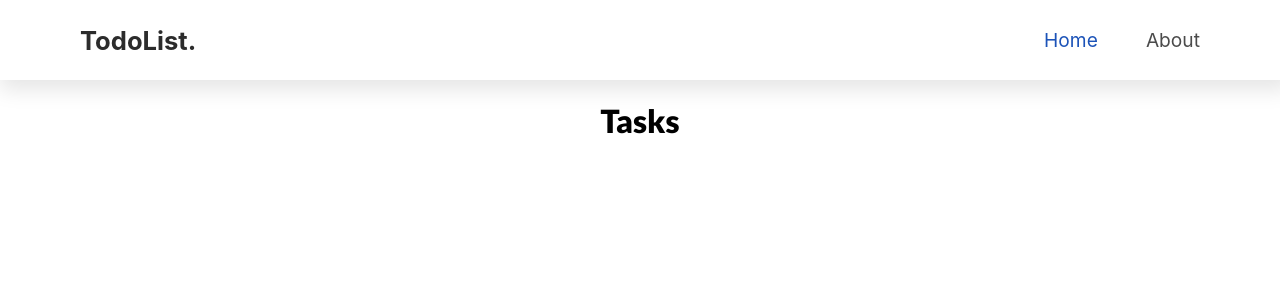
Repository: dqhuy153/react-todoList
Page: /
The author's editor kept a copy of each file at every save. The page is drawn from the files as they stood at one save, then again after the next save.
The browser window is 1280 px wide. The pictures show the whole page.
The project was rebuilt for these pictures with package versions that can differ from the ones it lists, and the page was loaded fresh each time. Also part of the build but not shown: src/components/UI/LoadingSpinner.module.scss.

Above is the page before, as saved 2021-09-16 19:32:47.

### src/App.js
import React, { Suspense } from 'react';
import { Switch, Route } from 'react-router-dom';

import './App.css';
import Layout from './components/layout/Layout';
import LoadingSpinner from './components/UI/LoadingSpinner';

const Home = React.lazy(() => import('./components/pages/Home'));
const About = React.lazy(() => import('./components/pages/About'));

function App() {
  return (
    <Layout>
      <Suspense
        fallback={
          <div className="centered">
            <LoadingSpinner />
          </div>
        }
      >
        <Switch>
          <Route path="/" exact>
            <Home />
          </Route>
          <Route path="/about">
            <About />
          </Route>
          {/* <Route path="/products" exact>
          <Products />
        </Route>
        <Route path="/products/:productId">
          <ProductDetail />
        </Route> */}
        </Switch>
      </Suspense>
    </Layout>
  );
}

export default App;

### src/App.css
@import url('https://fonts.googleapis.com/css2?family=Lato:ital,wght@0,100;0,300;0,400;0,700;0,900;1,100;1,300;1,400;1,700;1,900&display=swap');

* {
  box-sizing: border-box;
}

.centered {
  margin: 3rem auto;
  text-align: center;
  display: flex;
  justify-content: center;
  align-items: center;
}

### src/components/layout/Layout.js
import React, { Fragment } from 'react';
import AppNavigation from './AppNavigation';

import styles from './Layout.module.scss';

export default function Layout(props) {
  return (
    <Fragment>
      <AppNavigation logoTitle="TodoList." />
      <main className={styles.main}>{props.children}</main>
    </Fragment>
  );
}

### src/components/UI/LoadingSpinner.js
import styles from './LoadingSpinner.module.scss';

const LoadingSpinner = () => {
  return <div className={styles.spinner}></div>;
};

export default LoadingSpinner;

### src/components/pages/Home.js
import React from 'react';

import styles from './Home.module.scss';

export default function Home(props) {
  return (
    <div className={styles.container}>
      <h1>Tasks</h1>
    </div>
  );
}

### src/components/layout/AppNavigation.js
import React from 'react';
import { NavLink } from 'react-router-dom';

import styles from './AppNavigation.module.scss';

export default function AppNavigation({ logoTitle = 'Demo.', ...props }) {
  return (
    <header className={styles.header}>
      <div className={styles.logo}>{logoTitle}</div>
      <nav>
        <ul>
          <li>
            <NavLink to="/" exact activeClassName={styles.active}>
              Home
            </NavLink>
          </li>
          <li>
            <NavLink to="/about" activeClassName={styles.active}>
              About
            </NavLink>
          </li>
        </ul>
      </nav>
    </header>
  );
}

### src/components/pages/Home.module.scss
.container {
  h1 {
    text-align: center;
    font-family: 'Lato', sans-serif;
    font-weight: 800;
    font-size: 2rem;
  }
}

### src/components/layout/AppNavigation.module.scss
.header {
  width: 100%;
  height: 5rem;
  display: flex;
  align-items: center;
  justify-content: space-between;
  background-color: #ffffff;
  padding: 0 5rem;
  box-shadow: 5px 5px 20px 5px rgba(0, 0, 0, 0.1);
}

.logo {
  font-size: 1.6rem;
  color: rgb(44, 44, 44);
  font-weight: bold;
}

.header ul {
  list-style: none;
  margin: 0;
  padding: 0;
  display: flex;
  align-items: baseline;
}

.header li {
  margin-left: 3rem;
}

.header a {
  text-decoration: none;
  font-size: 1.2rem;
  color: #4b4b4b;
}

.header a:hover,
.header a:active,
.header a.active {
  color: rgb(28, 83, 184);
}

Loaded but not shown: public/index.html (common file); src/index.js (common file); src/index.css (common file); src/reportWebVitals.js (common file); src/components/layout/Layout.module.scss (no stored copy; drawn as an empty file)

After the next save:
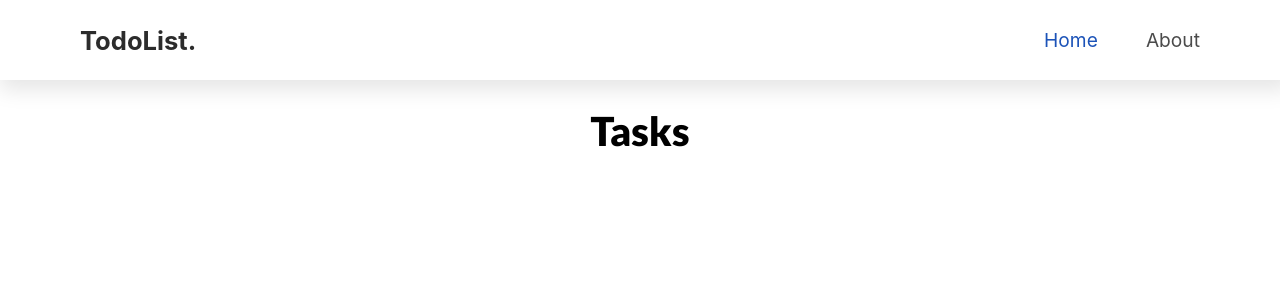
Saved 6 s later.
--- a/src/components/pages/Home.module.scss
+++ b/src/components/pages/Home.module.scss
@@ -3,6 +3,6 @@
     text-align: center;
     font-family: 'Lato', sans-serif;
     font-weight: 800;
-    font-size: 2rem;
+    font-size: 2.5rem;
   }
 }
